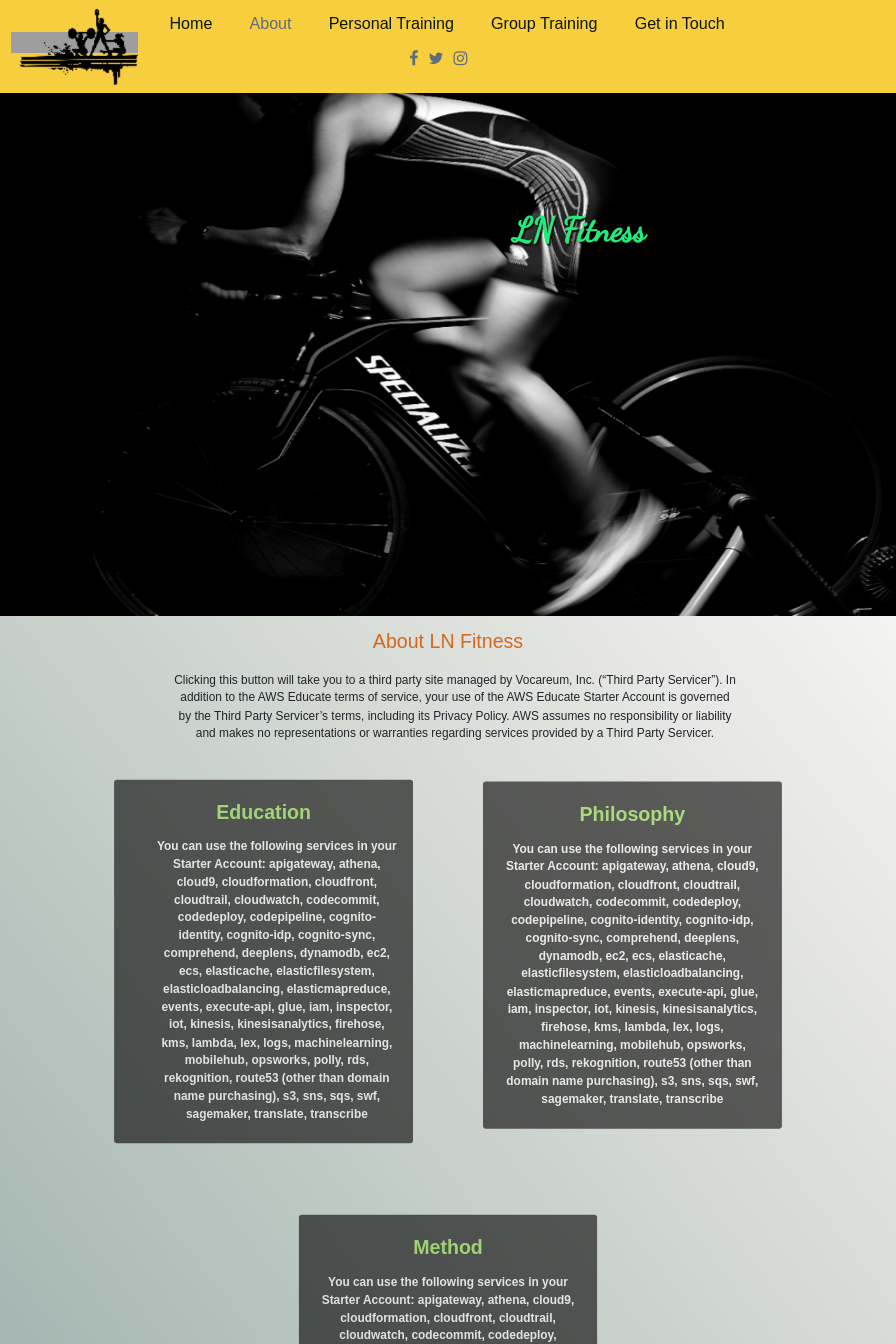
Repository: murphya14/Fitness-webpage
Page: about.html
The author's editor kept a record of every edit. The page is drawn from the files as they stood at one moment, then again after the next edit.
The browser window is 1280 px wide. The pictures show the part of the page from y = 0 to 1920 px (the page is 2584 px tall), at 70% of full size.
Pictures or frames that could not be fetched are drawn as grey boxes. Some web libraries are served in a nearby version.

Above is the page before.

After the next edit:
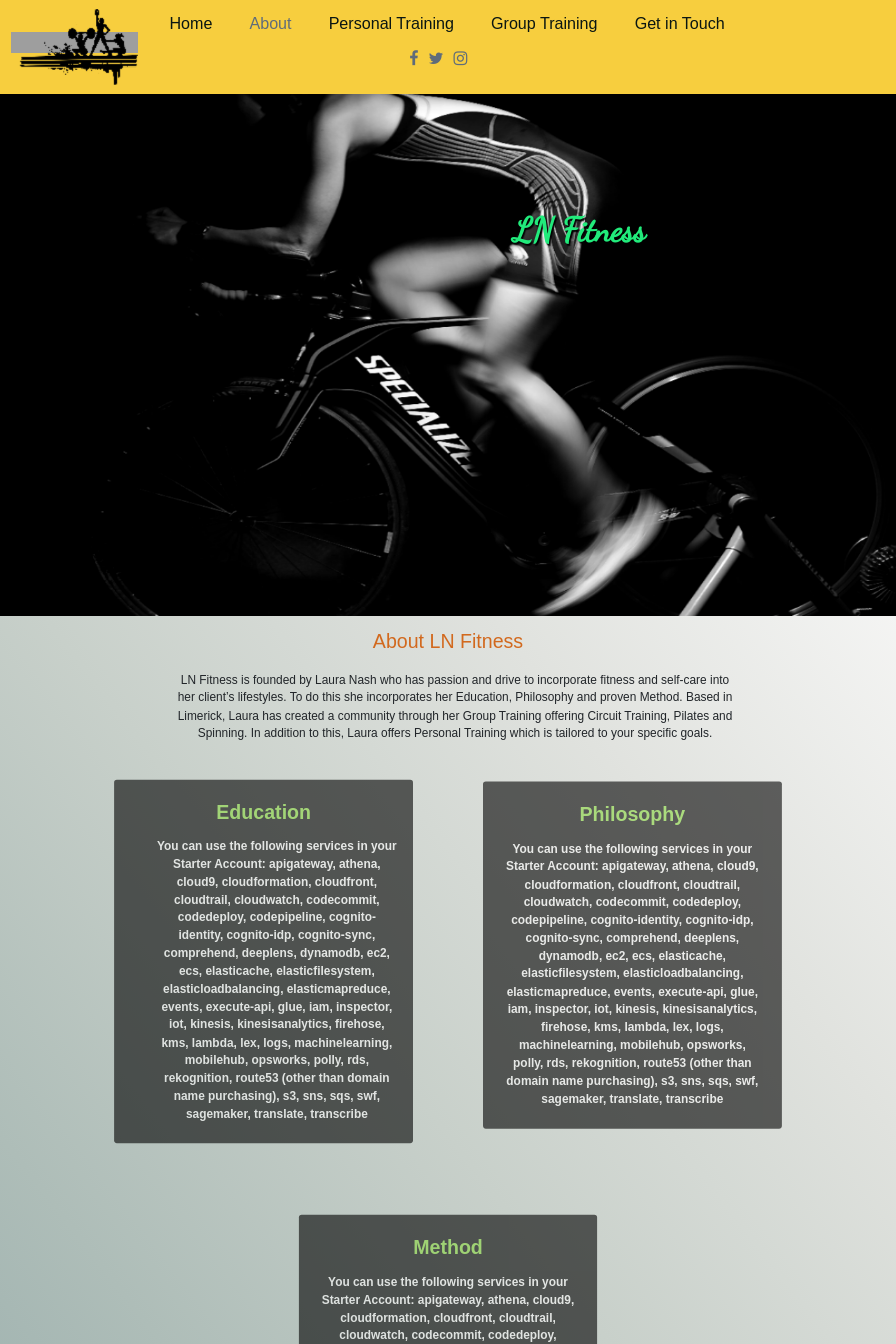
The edit:
--- a/about.html
+++ b/about.html
@@ -122,8 +122,9 @@
     <div class="row justify-content-center">
       <div class="col-md-12 col-lg-12 col-sm-12">
         <h3 class="section-heading">About LN Fitness</h3>
-        <p class="col-md-8 section-p-about">Clicking this button will take you to a third party site managed by Vocareum, Inc. (“Third Party Servicer”). In addition to the AWS Educate terms of service, your use of the AWS Educate Starter Account is governed by the Third Party Servicer’s
-          terms, including its Privacy Policy. AWS assumes no responsibility or liability and makes no representations or warranties regarding services provided by a Third Party Servicer.
+        <p class="col-md-8 section-p-about">LN Fitness is founded by Laura Nash who has passion and drive to incorporate fitness and self-care into her client’s lifestyles.  To do this she incorporates her Education, Philosophy and proven Method.
+Based in Limerick, Laura has created a community through her Group Training offering Circuit Training, Pilates and Spinning. In addition to this, Laura offers Personal Training which is tailored to your specific goals.
+
        </p>
        </div>
 
